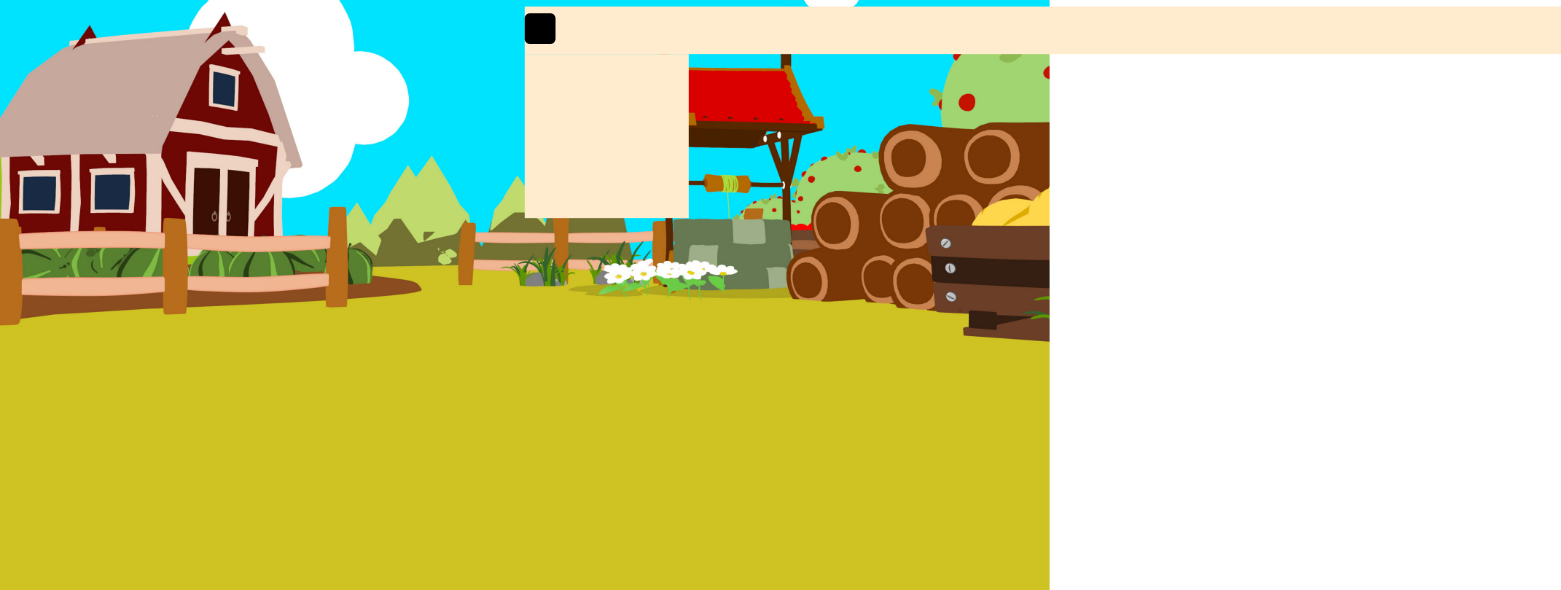
Repository: rumor1993/DreamCoding-Browser101
Page: Chapter07/index.html
The author's editor kept a copy of each file at every save. The page is drawn from the files as they stood at one save, then again after the next save.
The browser window is 1280 px wide. The page is 1904 px wide, so the pictures cover 1904 px, including what lies to the right of the window. The pictures show the whole page, at 82% of full size.
Some web libraries are served in a nearby version.

Above is the page before, as saved 2021-01-01 13:28:49.

After the next save:
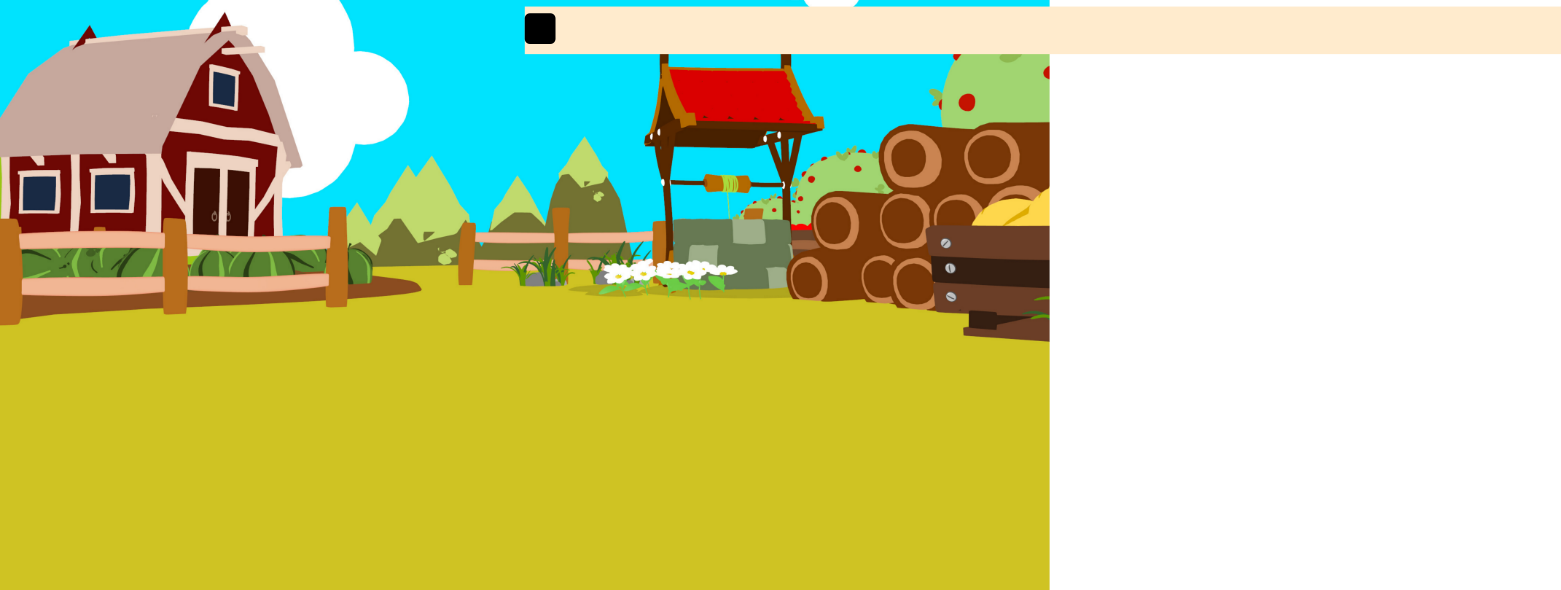
Saved 4 s later.
--- a/Chapter07/index.html
+++ b/Chapter07/index.html
@@ -20,7 +20,6 @@
 
       .timer {
         position: relative;
-        background-color: blanchedalmond;
         width: 200px;
         height: 200px;
         left: 50%;
